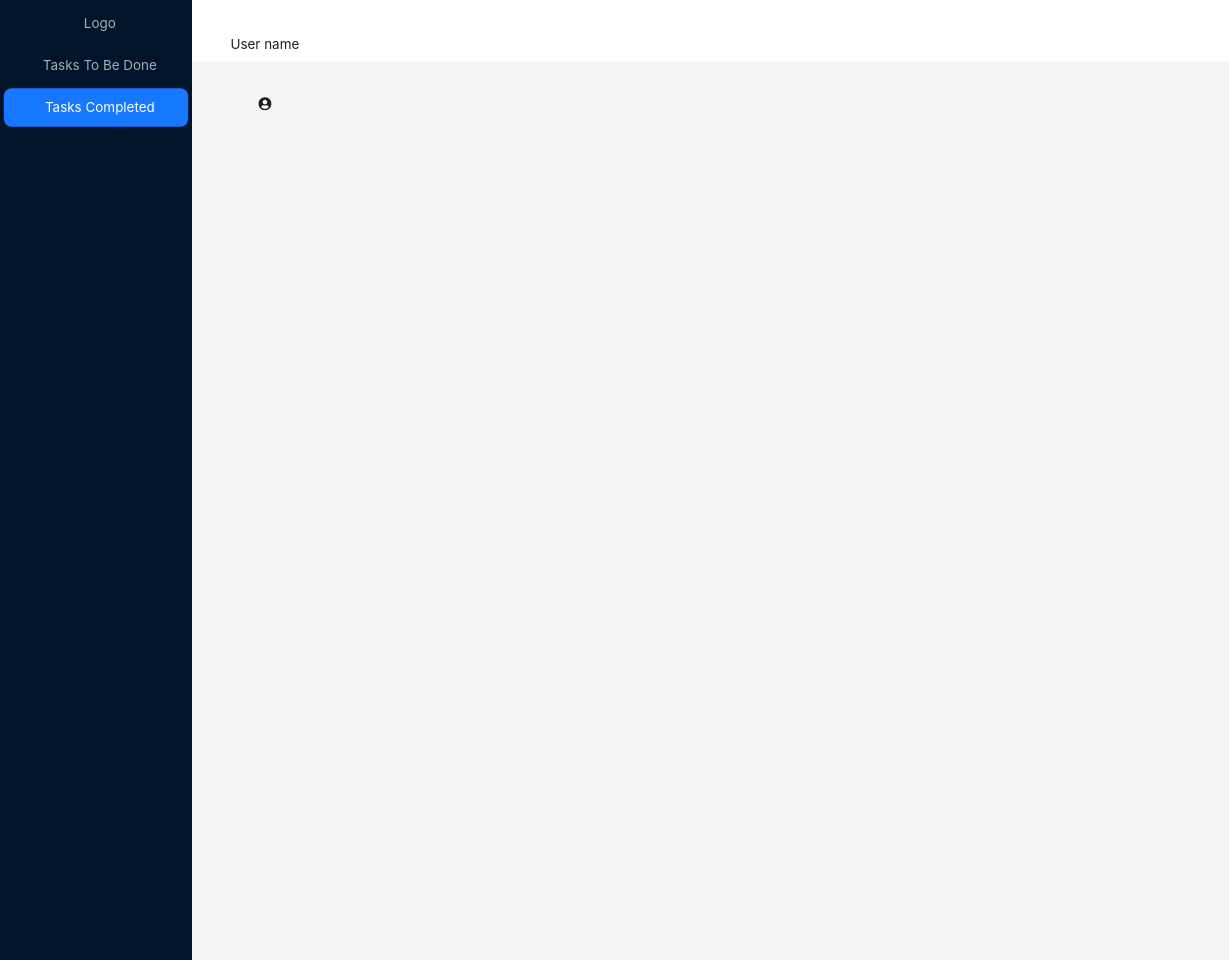
Repository: runner855/todolist_new
Page: /
The author's editor kept a copy of each file at every save. The page is drawn from the files as they stood at one save, then again after the next save.
The browser window is 1280 px wide. The pictures show the whole page, at 96% of full size.
The project was rebuilt for these pictures with package versions that can differ from the ones it lists, and the page was loaded fresh each time.

Above is the page before, as saved 2023-03-19 17:21:22.

After the next save:
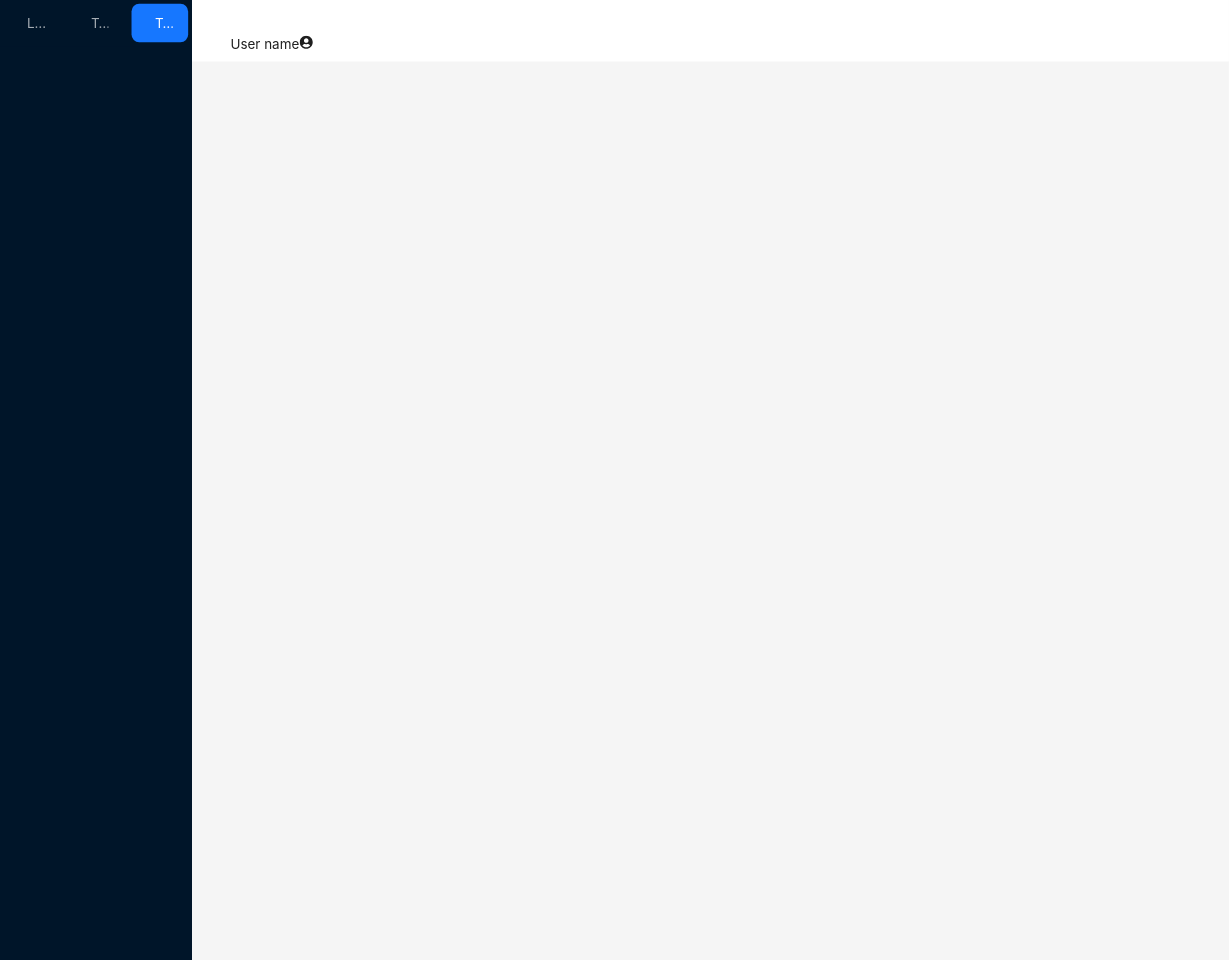
Saved 23 s later.
--- a/src/components/NavBar/NavBar.css
+++ b/src/components/NavBar/NavBar.css
@@ -8,7 +8,7 @@
   list-style-type: none;
 }
 
-.avatar_container {
+ul {
   /* text-align: right;
   font-size: 2em;
   margin-right: 0.1em; */

After the 3 saves that followed:
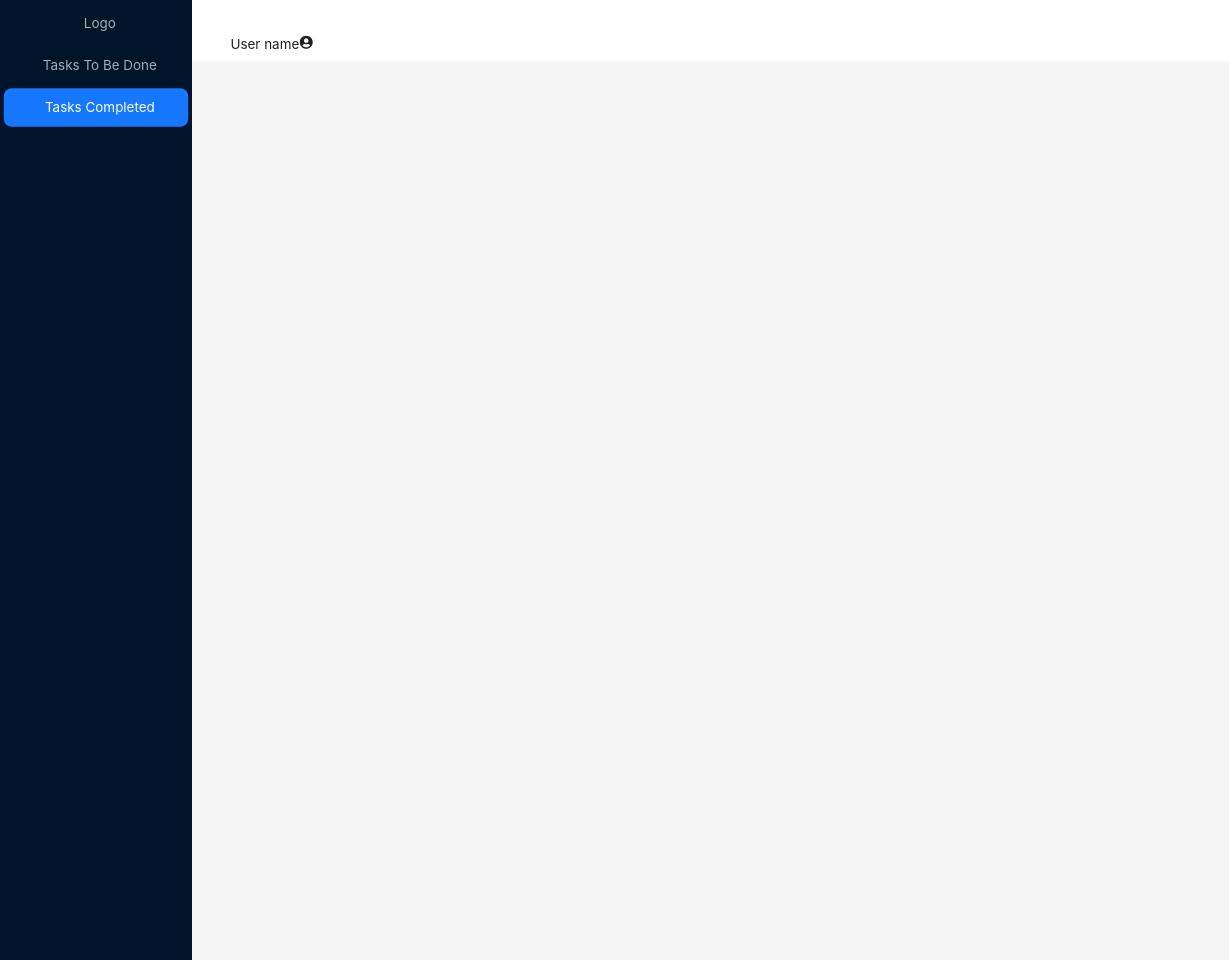
The 3 saves are shown as one change because 2 left the picture as it was.
The last was saved 66 s later.
--- a/src/components/NavBar/NavBar.tsx
+++ b/src/components/NavBar/NavBar.tsx
@@ -45,7 +45,7 @@ export const NavBar = () => {
       <Layout>
         <Header style={{ padding: 0, background: colorBgContainer }}>
         <div className='avatar_container'>
-          <ul>
+          <ul className='user'>
             <li>User name</li>
             <li><FaUserCircle/></li>
 
--- a/src/components/NavBar/NavBar.css
+++ b/src/components/NavBar/NavBar.css
@@ -8,10 +8,14 @@
   list-style-type: none;
 }
 
-ul {
+.user {
   /* text-align: right;
   font-size: 2em;
   margin-right: 0.1em; */
   display: flex;
   flex-direction: row;
 }
+
+.avatar_container {
+  text-align: right;
+}
